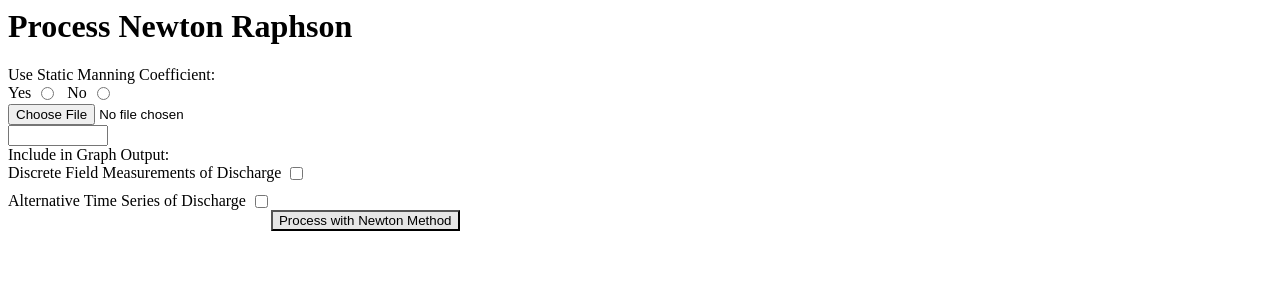
Repository: shape87/FloodAnalysis
Page: FloodAnalysis27/Web/templates/process.html
These files come from the project's save history. The page is drawn as it stood at one moment and after the next save; the edit follows.
The browser window is 1280 px wide. The pictures show the whole page.

Above is the page before, as saved 2017-01-24 17:23:24.

After the next save:
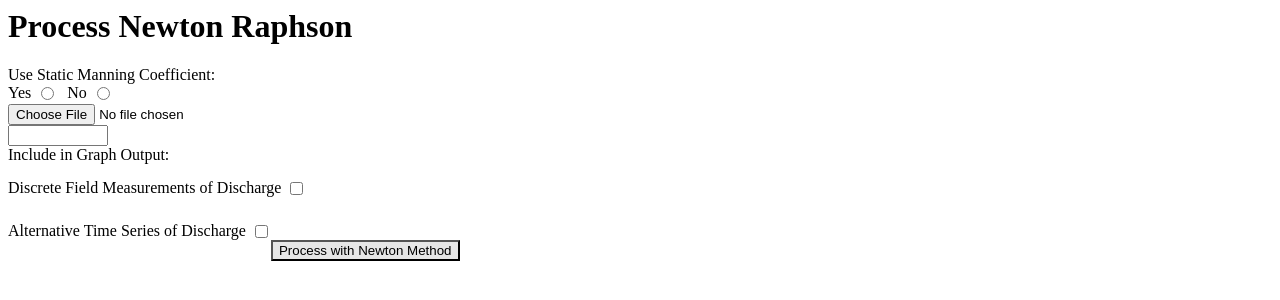
Saved 41 min 25 s later.
--- a/FloodAnalysis27/Web/templates/process.html
+++ b/FloodAnalysis27/Web/templates/process.html
@@ -26,7 +26,7 @@
 
 	 <div class="form-group">
 		  <label>Include in Graph Output:</label><br />
-		  <div style="height: 10px">
+		  <div style="margin: 15px 0px; height: 10px">
 			  <label style="font-weight: normal; float:left; margin-right: 5px">Discrete Field Measurements of Discharge</label>
 			  <input style="float:left" type="checkbox" name="manning" class="manning_radio" id="discrete_output" />
 		  </div>
